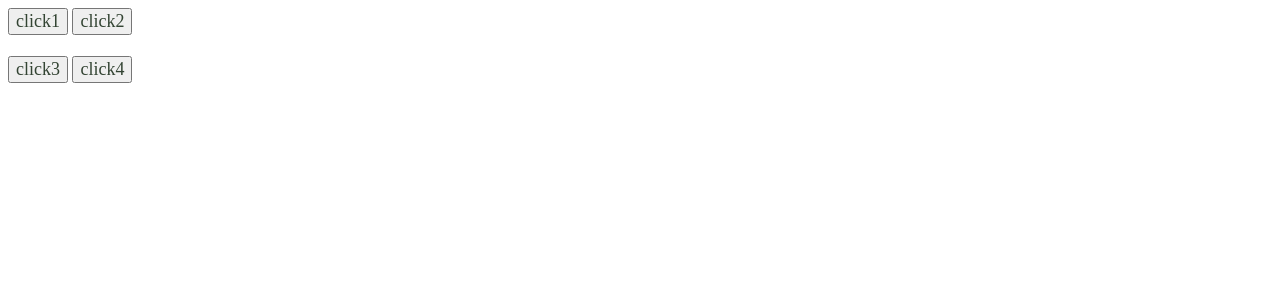
Repository: youngsik0405/Web-study
Page: JsonApp/WebContent/JsonTest08.html
An editor plug-in stored every save of this project. The page is shown before and after the next save, followed by the edit.
The browser window is 1280 px wide. The pictures show the whole page.

Above is the page before, as saved 2025-02-05 03:17:18.

### JsonApp/WebContent/JsonTest08.html
<!DOCTYPE html>
<html>
<head>
<meta charset="UTF-8">
<title>JsonTest08.html</title>
<link rel="stylesheet" type="text/css" href="css/main.css">
<script type="text/javascript">

	myJsonObject8 =
	{
		"test" :
		[
			"ccc", "ddd"
		]
		, "exam" :
		[
			"kkk", "ppp"
		]

	}

	/* myJsonObject8 = {"test":["ccc", "ddd"], "exam" :["kkk", "ppp"]} */

</script>

</head>
<body>

<form action="">

	<input type="button" value="click1" onclick="alert(myJsonObject8)">
	<!-- [object Object] -->

	<input type="button" value="click2" onclick="alert(typeof myJsonObject8)">
	<!-- object -->

	<br><br>


	<input type="button" value="click3" onclick="alert(myJsonObject8.test)">
	<!-- ccc,ddd -->

	<input type="button" value="click4" onclick="alert(typeof myJsonObject8.test)">

</form>


</body>
</html>

### JsonApp/WebContent/css/main.css
@charset "UTF-8";

/* main.css */

*
{
	font-family: 맑은 고딕;
	color: #334433;
}

body, p, div, span, input, table, th, td, select
{
	font-size: 18px;
}

.control
{
	border: 1px solid gray;
	border-radius: 3px;
}

.table
{
	border-collapse: collapse;
	width: 100%;
}

.table th, .table td
{
	border: 1px solid gray;
	border-left: 0px;
	border-right: 0px;
	padding: 3px;
	line-height: 150%;
}

.table th
{
	font-weight: bold;
	background-color: #eeeeee;
}

.btn
{
	font-weight: bold;
}

.btn:hover
{
	color: white;
	background-color: #778877;
}

After the next save:
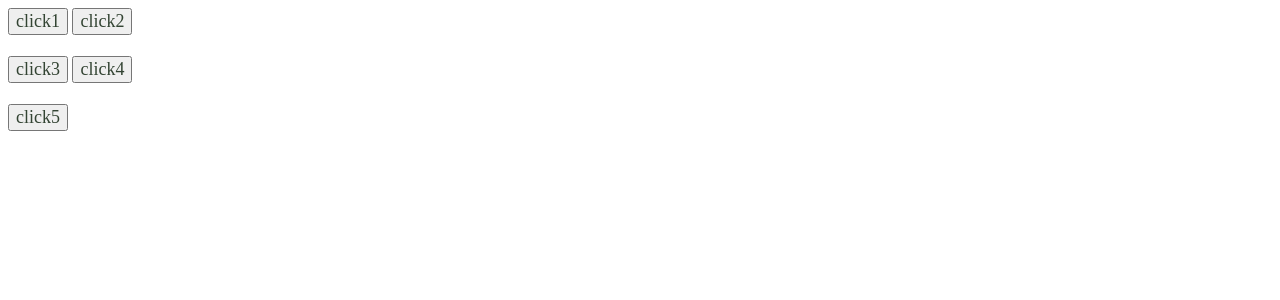
Saved 43 s later.
--- a/JsonApp/WebContent/JsonTest08.html
+++ b/JsonApp/WebContent/JsonTest08.html
@@ -41,6 +41,13 @@
 	<!-- ccc,ddd -->
 
 	<input type="button" value="click4" onclick="alert(typeof myJsonObject8.test)">
+	<!-- object -->
+
+	<br><br>
+
+
+	<input type="button" value="click5" onclick="alert(myJsonObject8.test[0])">
+
 
 </form>
 
